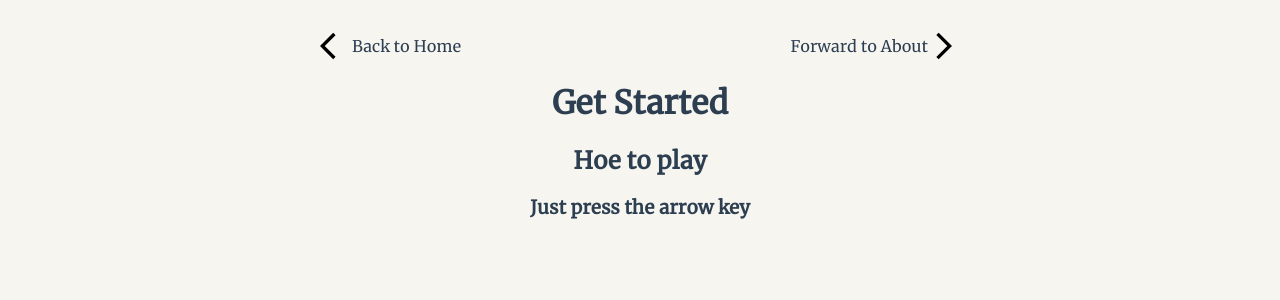
Repository: 321paranoiawhy/2048
Page: /get-started
The author's editor kept a copy of each file at every save. The page is drawn from the files as they stood at one save, then again after the next save.
The browser window is 1280 px wide. The pictures show the whole page.
The project was rebuilt for these pictures with package versions that can differ from the ones it lists, and the page was loaded fresh each time. Also part of the build but not shown: vue.config.js, src/components/footer.vue.

Above is the page before, as saved 2022-04-29 22:18:45.

After the next save:
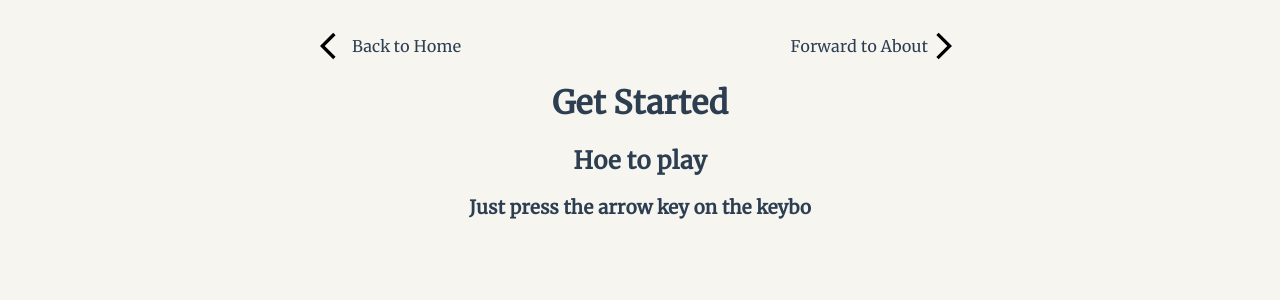
Saved 8 s later.
--- a/src/views/GetStartedView.vue
+++ b/src/views/GetStartedView.vue
@@ -15,7 +15,7 @@
         </div>
         <h1>Get Started</h1>
         <h2>Hoe to play</h2>
-        <h3>Just press the arrow key</h3>
+        <h3>Just press the arrow key on the keybo</h3>
     </div>
 </template>
 
